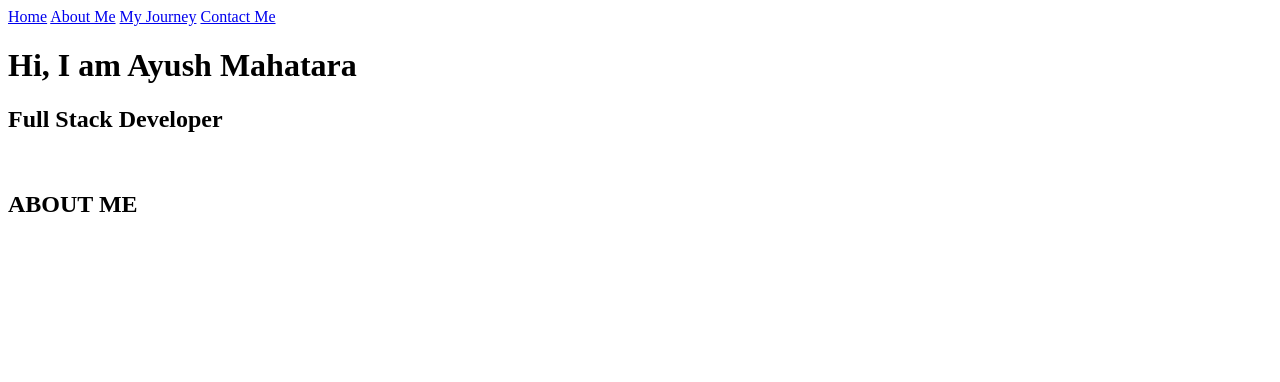
Repository: AyushMahatara/personal-website
Page: New folder/index.html
These files come from the project's save history. The page is drawn as it stood at one moment and after the next save; the edit follows.
The browser window is 1280 px wide. The pictures show the whole page.

Above is the page before, as saved 2023-07-19 22:22:41.

### New folder/index.html
<!DOCTYPE html>
<html lang="en">
  <head>
    <meta charset="UTF-8" />
    <meta name="viewport" content="width=device-width, initial-scale=1.0" />
    <title>GA</title>
  </head>
  <body>
    <div>
      <div class="first">
        <div></div>
        <div>
          <nav>
            <a href="#">Home</a>
            <a href="#">About Me</a>
            <a href="#">My Journey</a>
            <a href="#">Contact Me</a>
            <!-- <a href="#">Home</a> -->
          </nav>
        </div>
        <div>
          <h1>Hi, I am Ayush Mahatara</h1>
          <h2>Full Stack Developer</h2>
          <img src="" alt="" />
        </div>
      </div>
      <div class="second">
        <h2>ABOUT ME</h2>
        <div class="profilePic">
          <img src="" alt="" />
        </div>
        <div class="aboutMe"></div>
      </div>
    </div>
  </body>
</html>

After the next save:
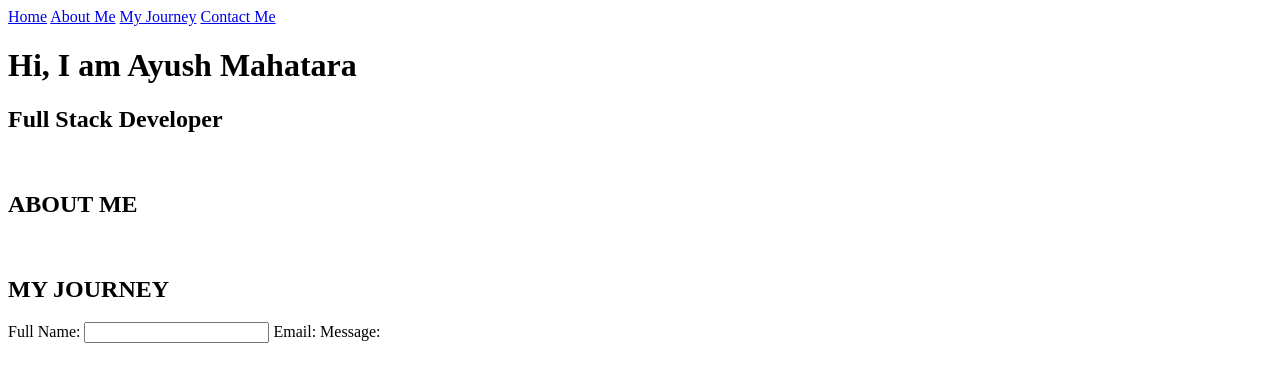
Saved 2 min 32 s later.
--- a/New folder/index.html
+++ b/New folder/index.html
@@ -31,6 +31,22 @@
         </div>
         <div class="aboutMe"></div>
       </div>
+
+      <div class="third">
+        <h2>MY JOURNEY</h2>
+        <div class="experience"></div>
+      </div>
+
+      <div class="contactMe">
+        <div>
+          <form action="">
+            <label for="">Full Name:</label>
+            <input type="text" />
+            <label for="">Email:</label>
+            <label for="">Message:</label>
+          </form>
+        </div>
+      </div>
     </div>
   </body>
 </html>
